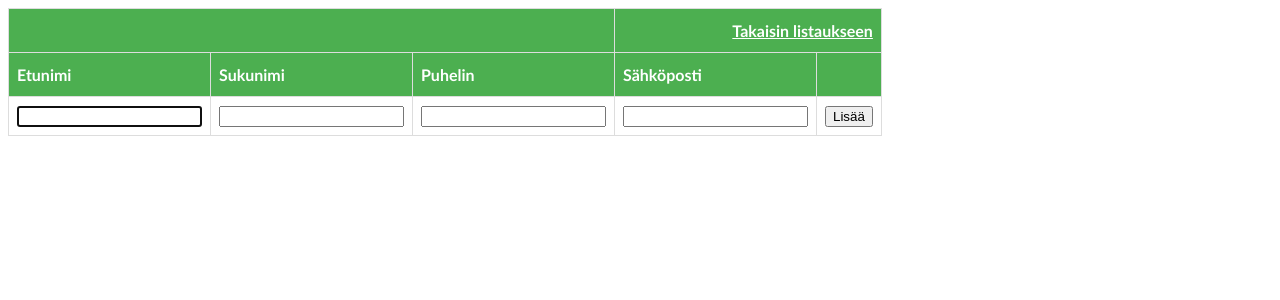
Repository: Muutostehdas/Viikko7
Page: http://localhost/Asiakas_NatiiviJS/lisaaasiakas.jsp
An editor plug-in stored every save of this project. The page is shown before and after the next save, followed by the edit.
The browser window is 1280 px wide. The pictures show the whole page.
The page is served by Tomcat 9.

Above is the page before, as saved 2021-05-14 18:34:54.

After the next save:
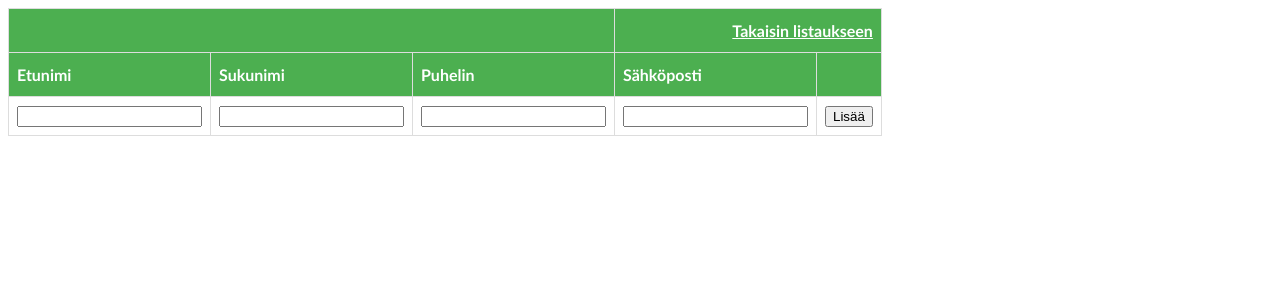
Console error: SyntaxError: Unexpected token ')'
Saved 55 s later.
--- a/Asiakas_NatiiviJS/WebContent/lisaaasiakas.jsp
+++ b/Asiakas_NatiiviJS/WebContent/lisaaasiakas.jsp
@@ -51,7 +51,7 @@ document.getElementById("etunimi").focus(); //viedään kursori etunimi-kenttä
 //funktio tietojen lisäämistä varten. Kutsutaan backin POST-metodia ja välitetään kutsun mukana uudet tiedot json-stringinä.
 //POST /autot/
 function lisaaTiedot(){
-	/*
+
 	var ilmo="";
 	if(document.getElementById("etunimi").value.length<3){
 		ilmo="Etunimi ei kelpaa!";
@@ -71,7 +71,7 @@ function lisaaTiedot(){
 	document.getElementById("sukunimi").value=siivoa(document.getElementById("sukunimi").value);
 	document.getElementById("puhelin").value=siivoa(document.getElementById("puhelin").value);
 	document.getElementById("sposti").value=siivoa(document.getElementById("sposti").value);
-	*/
+
 	var formJsonStr=formDataToJSON(document.getElementById("tiedot")); //muutetaan lomakkeen tiedot json-stringiksi
 	//Lähetään uudet tiedot backendiin
 	fetch("asiakas",{//Lähetetään kutsu backendiin

After the save that followed:
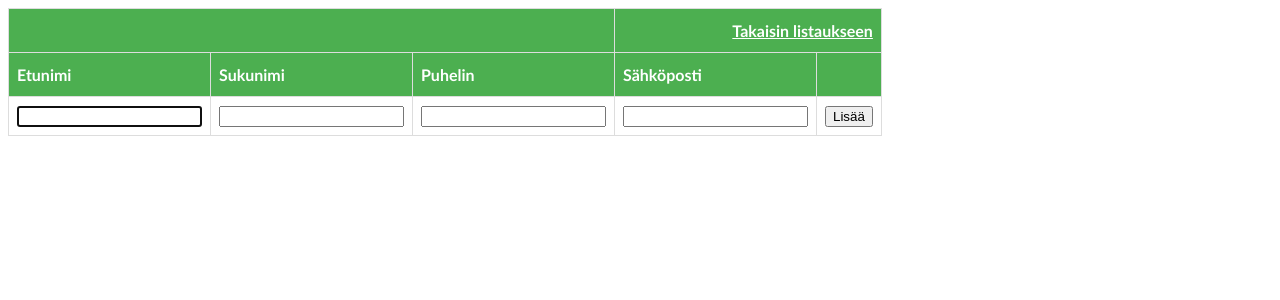
The error is gone.
Saved 6 min 41 s later.
--- a/Asiakas_NatiiviJS/WebContent/lisaaasiakas.jsp
+++ b/Asiakas_NatiiviJS/WebContent/lisaaasiakas.jsp
@@ -59,7 +59,7 @@ function lisaaTiedot(){
 		ilmo="Sukunimi ei kelpaa!";
 	}else if(document.getElementById("puhelin").value.length<1){
 		ilmo="Puhelinnumero ei kelpaa!";
-	}else if(document.getElementById("sposti").value.length<3)){
+	}else if(document.getElementById("sposti").value.length<3){
 		ilmo="Sähköpostiosoite ei kelpaa!";
 	}
 	if(ilmo!=""){
